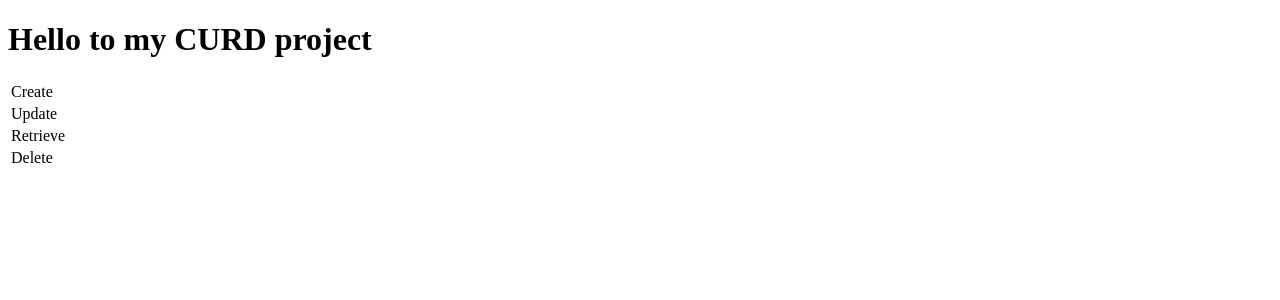
Repository: usaeed/Project2018
Page: curdProject/WebContent/index.html
An editor plug-in stored every save of this project. The page is shown before and after the next save, followed by the edit.
The browser window is 1280 px wide. The pictures show the whole page.

Above is the page before, as saved 2018-02-02 09:44:01.

After the next save:
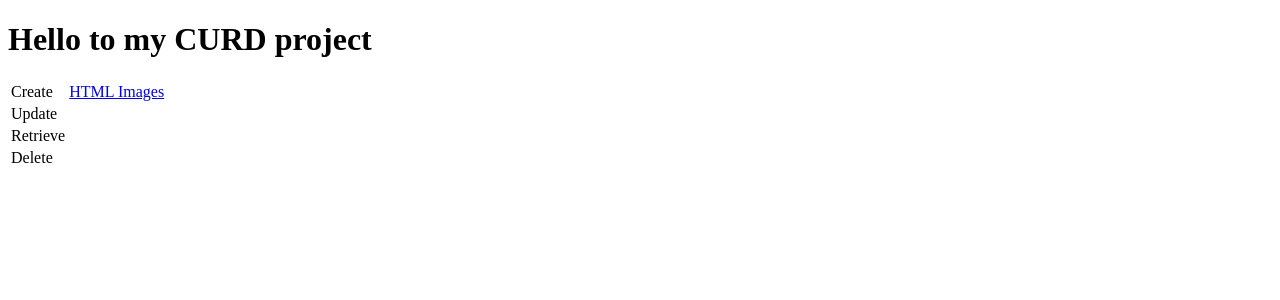
Saved 8 min 37 s later.
--- a/curdProject/WebContent/index.html
+++ b/curdProject/WebContent/index.html
@@ -10,6 +10,7 @@
 <table>
 <tr>
 <td>Create</td>
+<td><a href="create.jsp">HTML Images</a></td>
 </tr>
 <tr>
 <td>Update</td>
